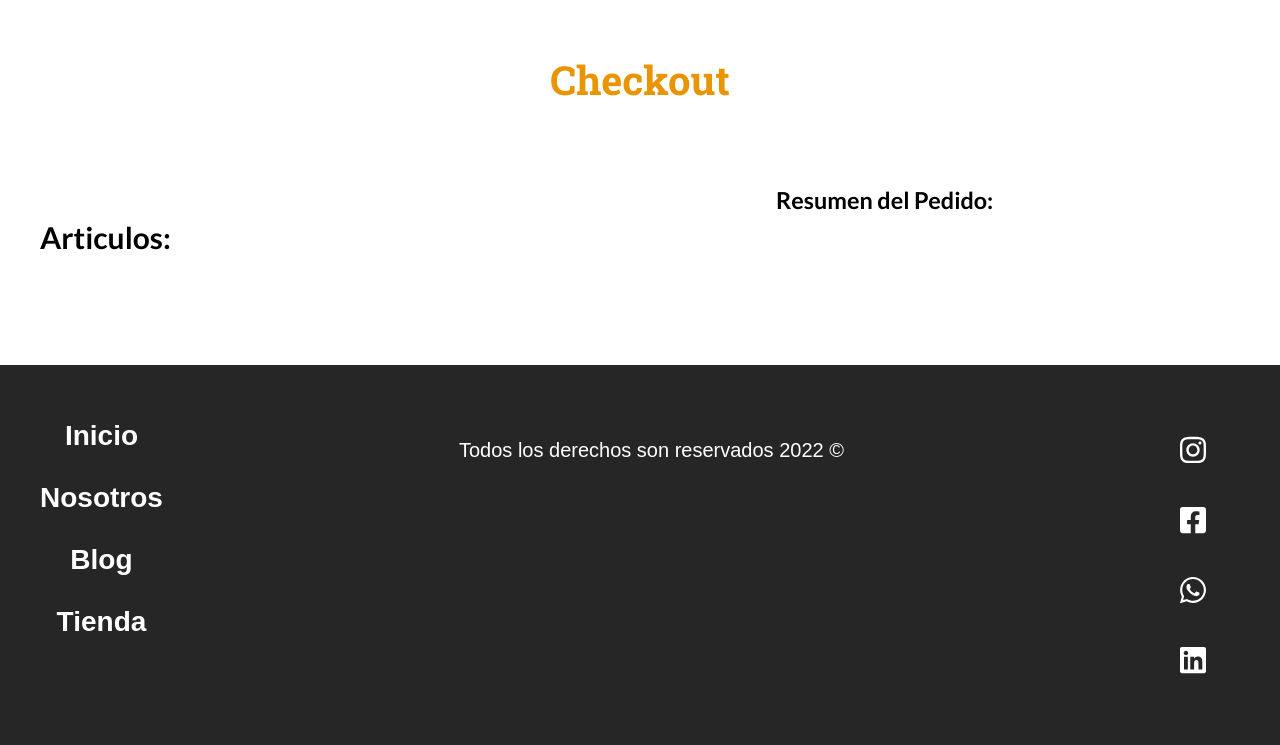
Repository: CarlosCamposRodriguez99/cv-beta-frontend
Page: /carrito
The author's editor kept a copy of each file at every save. The page is drawn from the files as they stood at one save, then again after a run of saves.
The browser window is 1280 px wide. The pictures show the part of the page from y = 223 to 968 px (the page is 968 px tall).
The project was rebuilt for these pictures with package versions that can differ from the ones it lists, and the page was loaded fresh each time. The framework's server and built-in components were replaced by stand-ins that run in the browser. Also part of the build but not shown: next.config.js.

Above is the page before, as saved 2022-02-28 17:17:28.

### pages/_app.js
import { useState, useEffect } from 'react';
import '../styles/normalize.css';
import '../styles/globals.css';

function MyApp({ Component, pageProps }) {

  const [carrito, setCarrito] = useState([]);

  useEffect(() => {
    const carritoLS = JSON.parse(localStorage.getItem('carrito')) ?? [];
    setCarrito(carritoLS);

  }, [])

  useEffect(() => {
    localStorage.setItem("carrito", JSON.stringify(carrito));

  }, [carrito])

  const agregarCarrito = (producto) => {
    if(carrito.some((articulo) => articulo._id === producto._id)) {
      const carritoActualizado = carrito.map( articulo => {
        if(articulo._id === producto._id) {
          articulo.cantidad = producto.cantidad
        }
        return articulo;
      });

      setCarrito(carritoActualizado);
    } else {
      setCarrito([...carrito, producto]);
    }
  };

  const actualizarCantidad = (producto) => {
    const carritoActualizado = carrito.map((articulo) => {
      if(articulo._id === producto._id) {
        articulo.cantidad = producto.cantidad
      }
      return articulo;
    });

    setCarrito(carritoActualizado);
  };

  const eliminarProducto = id => {
    const carritoActualizado = carrito.filter( articulo => articulo._id !== id)
    setCarrito(carritoActualizado);
  }


  return <Component {...pageProps}
    carrito={carrito}
    agregarCarrito={agregarCarrito}
    actualizarCantidad={actualizarCantidad}
    eliminarProducto={eliminarProducto}

  />
}

export default MyApp

### pages/carrito.js
import Layout from '../components/Layout';
import Image from 'next/image';
import styles from "../styles/Carrito.module.css";

const Carrito = ({carrito, actualizarCantidad, eliminarProducto}) => {

  return (
    <Layout pagina={'Carrito de compras'}>
      <h1 className="heading">Checkout</h1>
      <main className={`${styles.contenido} contenedor`}>
        <div className={styles.carrito}>
          <h2>Articulos:</h2>
          {carrito.lenght === 0 ? 'Carrito vacio' : (
            carrito.map( producto => (
              <div key={producto._id} className={styles.producto}>
                <div>
                  <Image layout="responsive" width={250} height={500} src={producto.imagen} alt={producto.nombre} />
                </div>

                <div>
                  <p className={styles.nombre}>{producto.nombre}</p>
                  <div className={styles.cantidad}>
                    <p>Cantidad:</p>
                    <select
                      value={producto.cantidad}
                      className={styles.select}
                      onChange={ (e) => actualizarCantidad({
                        cantidad: e.target.value,
                        id: producto._id,
                      })}
                    >
                      <option value="1">1</option>
                      <option value="2">2</option>
                      <option value="3">3</option>
                      <option value="4">4</option>
                      <option value="5">5</option>
                      <option value="6">6</option>
                      <option value="7">7</option>
                    </select>
                  </div>
                  <p className={styles.precio}>
                    $ <span>{producto.precio}</span>
                  </p>
                  <p className={styles.subtotal}>
                    Subtotal: $
                    <span>{producto.precio * producto.cantidad}</span>
                  </p>
                </div>

                <button
                  type="button"
                  className={styles.eliminar}
                  onClick={() => eliminarProducto(producto._id)}
                >X</button>

              </div>
            ))
          )}

        </div>
        <div>
          <h3>Resumen del Pedido:</h3>
        </div>
      </main>
    </Layout>

  );
}

export default Carrito;

### styles/globals.css
@import url('https://fonts.googleapis.com/css2?family=Lato:ital,wght@0,700;1,400&family=Roboto+Slab:wght@400;700&display=swap');

:root {
  --primary: #e99401;
  --negro: #262626;
  --blanco: #FFF;
  --fuente-principal: 'Outfit', sans-serif;
}
html {
  font-size: 62.5%;
  box-sizing: border-box;
}
*, *:before, *:after {
  box-sizing: inherit;
}
body {
  font-size: 2rem;
  font-family: var(--fuente-principal);
  line-height: 1.5;
}
img {
  max-width: 100%;
}
h1, h2, h3 {
  font-family: 'Lato', sans-serif;
  font-weight: 700;
}
[class*="contenedor"] {
  max-width: 120rem;
  margin: 0 auto;
  width: 95%;
}
[class*="heading"] {
  font-family: 'Roboto Slab', serif; /* */
  font-size: 4rem;
  text-align: center;
  font-weight: 900;
  color: var(--primary);
  margin: 5rem 0;
}

### components/Layout.js
import Head from 'next/head'
import Header from './Header';
import Footer from './Footer';

const Layout = ({children, pagina, guitarra}) => {
  return (
    <div>
      <Head>
        <title>GuitarLA - {pagina}</title>
        <meta name="description" content="Sitio web de venta de guitarras"/>
      </Head>

      <Header
        guitarra={guitarra}
      />

      {children}

      <Footer />

    </div>
  )
}

Layout.defaultProps = {
  guitarra: null
}

export default Layout;

### styles/Carrito.module.css
.contenido {
  display: grid;
  gap: 4rem;
}
@media (min-width:768px) {
  .contenido {
    grid-template-columns: 3fr 2fr;
  }
}

.carrito {
  padding: 3rem 0;
}

.producto {
  display: grid;
  grid-template-columns: 1fr 3fr;
  gap: 4rem;
  align-items: center;
  border-bottom: 1px solid #000000;
  padding: 3rem 0;
  position: relative;
}

.producto:last-of-type {
  border: none;
}

.producto p {
  margin: 0 0 1rem 0;
}

.nombre {
  font-weight: 700;
  font-size: 2.2rem;
}

.cantidad {
  display: flex;
  align-items: center;
  gap: 1rem;
  margin-bottom: 1rem;
}

.cantidad p {
  margin: 0;
}
.select {
  all: unset;
  padding: 1rem;
  border: 1px solid #000000;
  flex: 1;
  text-align: center;
  border-radius: 1rem;
  cursor: pointer;
}

.precio {
  font-weight: 700;
  color: var(--primary);
}

.precio span {
  font-size: 2.4rem;
}

.subtotal {
  font-weight: 700;
}

.subtotal span {
  font-size: 2.4rem;
}

.eliminar {
  all: unset;
  position: absolute;
  top: 3rem;
  right: 1rem;
  font-weight: bold;
}
.eliminar:hover {
  cursor: pointer;
}

### components/Header.js
import Link from 'next/link'
import Image from 'next/image'
import { useRouter } from 'next/router'
import styles from "../styles/Header.module.css"

const Header = ({guitarra}) => {
  const router = useRouter()
  return (
      <header className={styles.header}>
      <div className="contenedor">
        <div className={styles.barra}>
          <Link href="/">
            <a><Image
              width={300}
              height={100}
              src="/img/logo.svg"
              alt="Imagen logo" />
            </a>
          </Link>


          <nav className={styles.navegacion}>
            <Link href="/">Inicio</Link>
            <Link href="/nosotros">Nosotros</Link>
            <Link href="/blog">Blog</Link>
            <Link href="/tienda">Tienda</Link>
            <Link href="/carrito">
              <a>
                <Image layout="fixed" width={30} height={25} src="/img/carrito.png" alt="Imagen carrito"/>
              </a>
            </Link>
          </nav>
        </div>

        {guitarra && (
          <div className={styles.modelo}>
            <h1>Modelo {guitarra.nombre}</h1>
            <p>{guitarra.descripcion}</p>
            <p className={styles.precio}>${guitarra.precio}</p>
            <Link href={`/guitarras/${guitarra.url}`}>
              <a className={styles.enlace}>
                  Ver Producto
              </a>
            </Link>
          </div>
        )}
      </div>

      {router.pathname === '/' && (
        <div className={styles.guitarra}>
          <Image layout='fixed' width={500} height={1200} src='/img/header_guitarra.png' alt='imagen guitarra header' />
        </div>
      )}


      </header>
  )
}

export default Header;

### components/Footer.js
import Link from 'next/link'
import styles from '../styles/Footer.module.css'

const Footer = () => {

  const year = new Date().getFullYear();

  return (
    <footer className={styles.footer}>
      <div className={`contenedor ${styles.contenido}`}>
          <nav className={styles.navegacion}>
            <Link href="/">Inicio</Link>
            <Link href="/nosotros">Nosotros</Link>
            <Link href="/blog">Blog</Link>
            <Link href="/tienda">Tienda</Link>
          </nav>

          <p className={styles.copyright}>Todos los derechos son reservados {year} &copy;</p>

          <ul className={styles.ul}>
            <li className={styles.list}>
              <i className={styles.iconoInsta}></i>
              <i className={styles.iconoFace}></i>
              <i className={styles.iconoWhats}></i>
              <i className={styles.iconoLinke}></i>
            </li>
          </ul>

      </div>
    </footer>
  )
}

export default Footer;

### styles/Header.module.css
.header {
  background-image: linear-gradient(to right, rgb(0 0 0 / .8), rgb(0 0 0 / .7)), url(../public/img/header.jpg);
  background-size: cover;
  background-position: 50%;
  padding: 5rem 0;
  position: relative;
}
@media(min-width:400px) {
  .header {
    margin-right: 8rem auto;
    padding: 8rem auto;
  }
}
@media(min-width:768px) {
  .header {
    margin-right: 2rem auto;
  }
}

.barra {
  display: flex;
  flex-direction: column;
  align-items: center;
}
@media(min-width: 400px) {
  .barra {
    margin-right: 6rem 3rem;
  }
}
@media(min-width:768px) {
  .barra {
    flex-direction: row;
    justify-content: space-between;
  }
}
.navegacion {
  margin-top: 5rem;
  display: flex;
  gap: 2rem;
  position: relative;
  z-index: 1;
}
@media(min-width:768px) {
  .navegacion {
    margin-top: 0;
  }
}
@media(min-width:400px) {
  .navegacion {
    margin: 4rem 0;
  }
}
.navegacion a {
  color: var(--blanco);
  text-decoration: none;
  font-size: 1.8rem;
  font-weight: 700;
  text-transform: uppercase;
  padding: .5rem;
  transition-property: background-color;
  transition-duration: .8s;
}
.navegacion a:hover {
  background-color: var(--primary);
}
.modelo {
  color: var(--blanco);
  margin-top: 5rem;
  text-align: center;
}
@media(min-width:768px) {
  .modelo {
    text-align: left;
    width: 50%;
  }
}
.modelo h1 {
  font-size: 8rem;
}
.modelo p:first-of-type {
  display: -webkit-box;
  -webkit-box-orient: vertical;
  -webkit-line-clamp: 3;
  overflow: hidden;
  font-size: 2.2rem;
}
.precio {
  font-size: 6rem;
  color: var(--primary);
  font-weight: 900;
  line-height: 0;
}
.enlace {
  margin-top: 2rem;
  text-decoration: none;
  text-align: center;
  text-transform: uppercase;
  font-size: 1.2rem;
  font-weight: 900;
  color: var(--blanco);
  border: 2px solid var(--primary);
  padding: 1rem 5rem;
  transition-property: background-color;
  transition-duration: .5s;
}
.enlace:hover {
  background-color: var(--primary);
  color: var(--blanco);
}
.guitarra {
  display: none;
}
@media(min-width:992px) {
  .guitarra {
    display: block;
    position: absolute;
    right: 0;
    bottom: -10px;
    animation-name: mostrarImagen;
    animation-duration: 1s;
    animation-iteration-count: 2;
    animation-delay: 0s;
    animation-timing-function: ease-in-out;
  }
}

@keyframes mostrarImagen {
  0% {
    opacity: 0;
    transform: translateX(-10rem);
}
  50% {
    opacity: 0;
  }

  100% {
    opacity: 1;
    transform: translateX(0);
  }
}

### styles/Footer.module.css
.footer {
  background-color: var(--negro);
  padding: 5rem 0;
  margin-top: 5rem;
  display: flex;
}
@media(min-width:768px) {
  .contenido {
    display: flex;
    justify-content: space-between;
    gap: 2rem;
  }
}
.navegacion {
  display: flex;
  flex-direction: row;
  align-items: center;
}
@media(min-width:768px) {
  .navegacion {
    flex-direction: column;
    gap: 2rem;
  }
}
@media(min-width:1200px) {
  .navegacion {
    flex-direction: row;
    gap: 2rem;
  }
}
@media(min-width:640px) {
  .navegacion {
    flex-direction: column;
    gap: 2rem;
  }
}
@media(min-width:300px) {
  .navegacion {
    flex-direction: column;
    gap: 2rem;
  }
}
.navegacion a {
  text-decoration: none;
  font-size: 2.8rem;
  color: var(--blanco);
  font-weight: 700;
}

.navegacion a:hover {
  color: var(--primary);
}

.copyright {
  display: flex;
  flex-direction: row;
  align-items: center;
  color: var(--blanco);
  text-align: center;
  font-size: 2.5rem;
  font-weight: 500;
}
@media(min-width:1200px) {
  .copyright {
    flex-direction: column;
    align-items: center;
    text-align: center;
    font-size: 1em;
    font-weight: 100;
  }
}
@media(min-width:640px) {
  .copyright {
    flex-direction: column;
    align-items: center;
    text-align: center;
    font-size: 1em;
    font-weight: 100;
  }
}
.list {
  display: flex;
  gap: 4rem;
  flex-direction: column;
  align-items: center;
}
@media(min-width:1200px) {
  .list {
    flex-direction: column;
  }
}

.iconoInsta {
  background-image: url("../public/img/instagram-brands.svg");
  padding: 3rem;
  padding-bottom: 0;
  background-repeat: no-repeat;
}
.iconoFace {
  background-image: url("../public/img/facebook-square-brands.svg");
  padding: 3rem;
  padding-bottom: 0;
  background-repeat: no-repeat;
}
.iconoWhats {
  background-image: url("../public/img/whatsapp-brands.svg");
  padding: 3rem;
  padding-bottom: 0;
  background-repeat: no-repeat;
}
.iconoLinke {
  background-image: url("../public/img/linkedin-brands.svg");
  padding: 3rem;
  padding-bottom: 0;
  background-repeat: no-repeat;
}

Loaded but not shown: styles/normalize.css (library)

After the next 2 saves:
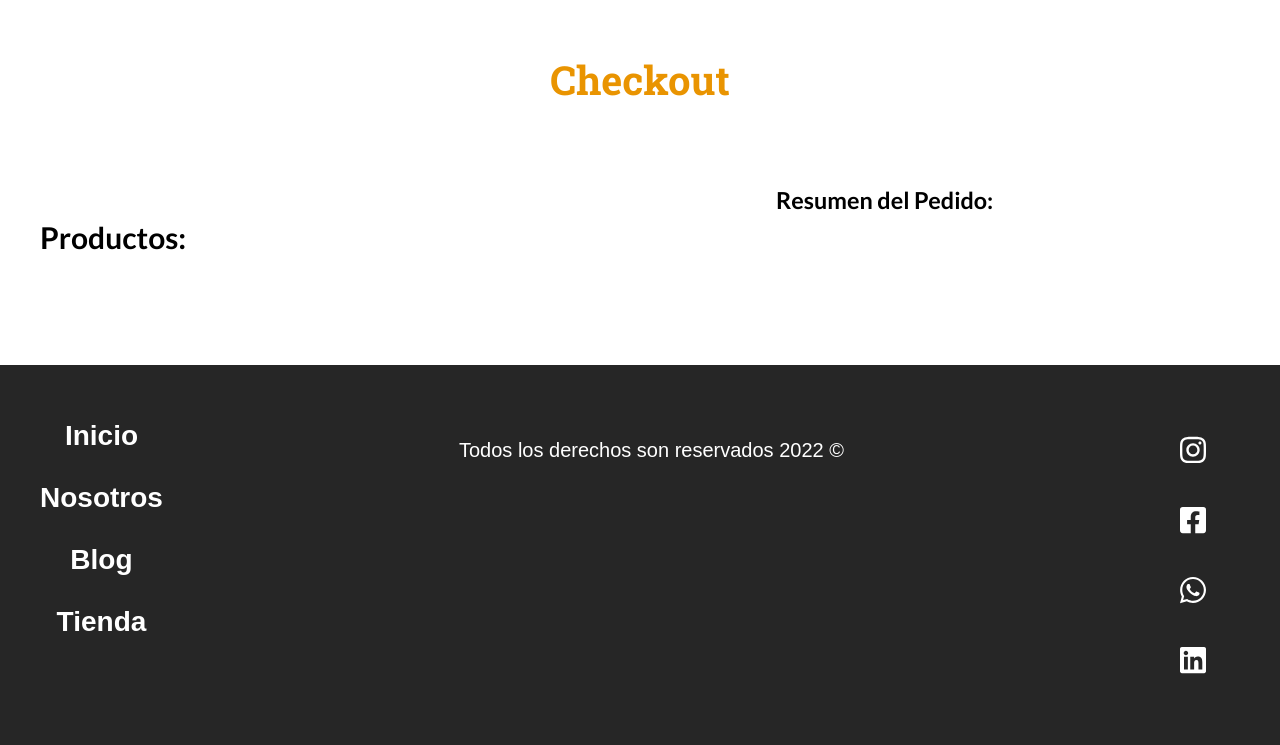
The 2 saves are shown as one change because they came seconds apart.
The last was saved 23 s later.
--- a/pages/carrito.js
+++ b/pages/carrito.js
@@ -9,7 +9,7 @@ const Carrito = ({carrito, actualizarCantidad, eliminarProducto}) => {
       <h1 className="heading">Checkout</h1>
       <main className={`${styles.contenido} contenedor`}>
         <div className={styles.carrito}>
-          <h2>Articulos:</h2>
+          <h2>Productos:</h2>
           {carrito.lenght === 0 ? 'Carrito vacio' : (
             carrito.map( producto => (
               <div key={producto._id} className={styles.producto}>
